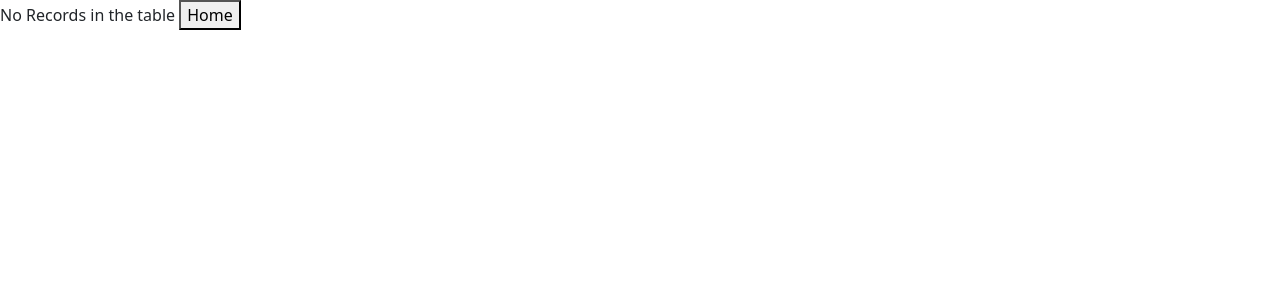
Repository: rukmini10/DXC
Page: http://localhost/Account/displayMember.jsp
The author's editor kept a copy of each file at every save. The page is drawn from the files as they stood at one save, then again after the next save.
The browser window is 1280 px wide. The pictures show the whole page.
The page is served by Tomcat 9. Queries for data that is not in the repository find no rows.

Above is the page before, as saved 2022-05-05 19:35:27.

After the next save:
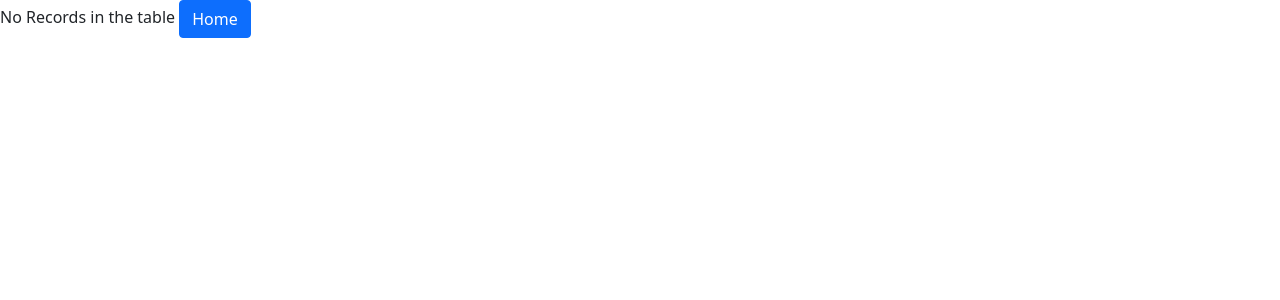
Saved 91 s later.
--- a/DXC_MAVEN/Account/src/main/webapp/displayMember.jsp
+++ b/DXC_MAVEN/Account/src/main/webapp/displayMember.jsp
@@ -83,6 +83,6 @@ catch(Exception e)
 }
 %>
 </table>
-<button>Home</button>
+<button type="button" class="btn btn-primary" href="">Home</button>
 </body>
 </html>
